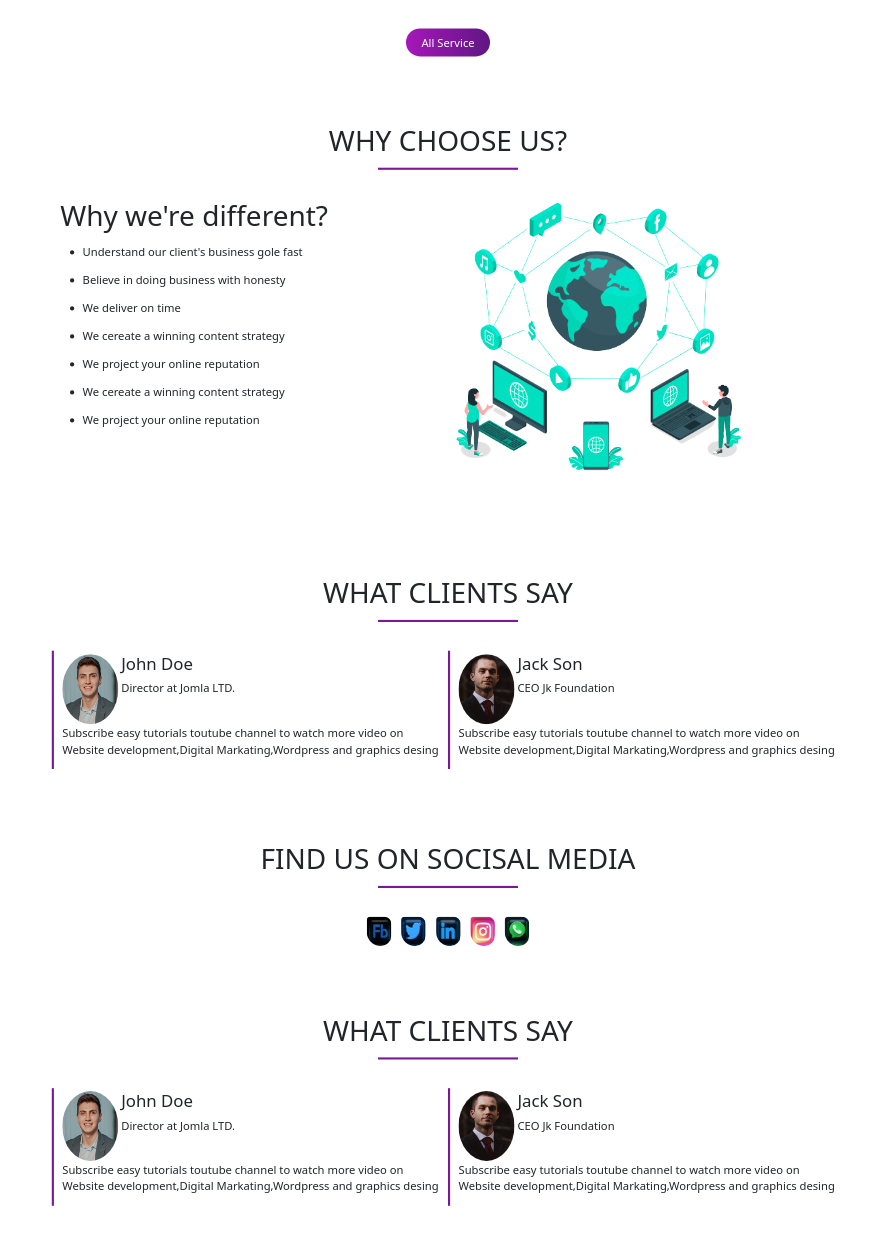
Repository: zjria/PSD-to-HTML-DIGITAL-AGENCY
Page: index.html
An editor plug-in stored every save of this project. The page is shown before and after the next save, followed by the edit.
The browser window is 1280 px wide. The pictures show the part of the page from y = 932 to 2852 px (the page is 2710 px tall before and 2852 px after), at 70% of full size.
Some web libraries are served in a nearby version.

Above is the page before, as saved 2022-05-11 22:44:56.

After the next save:
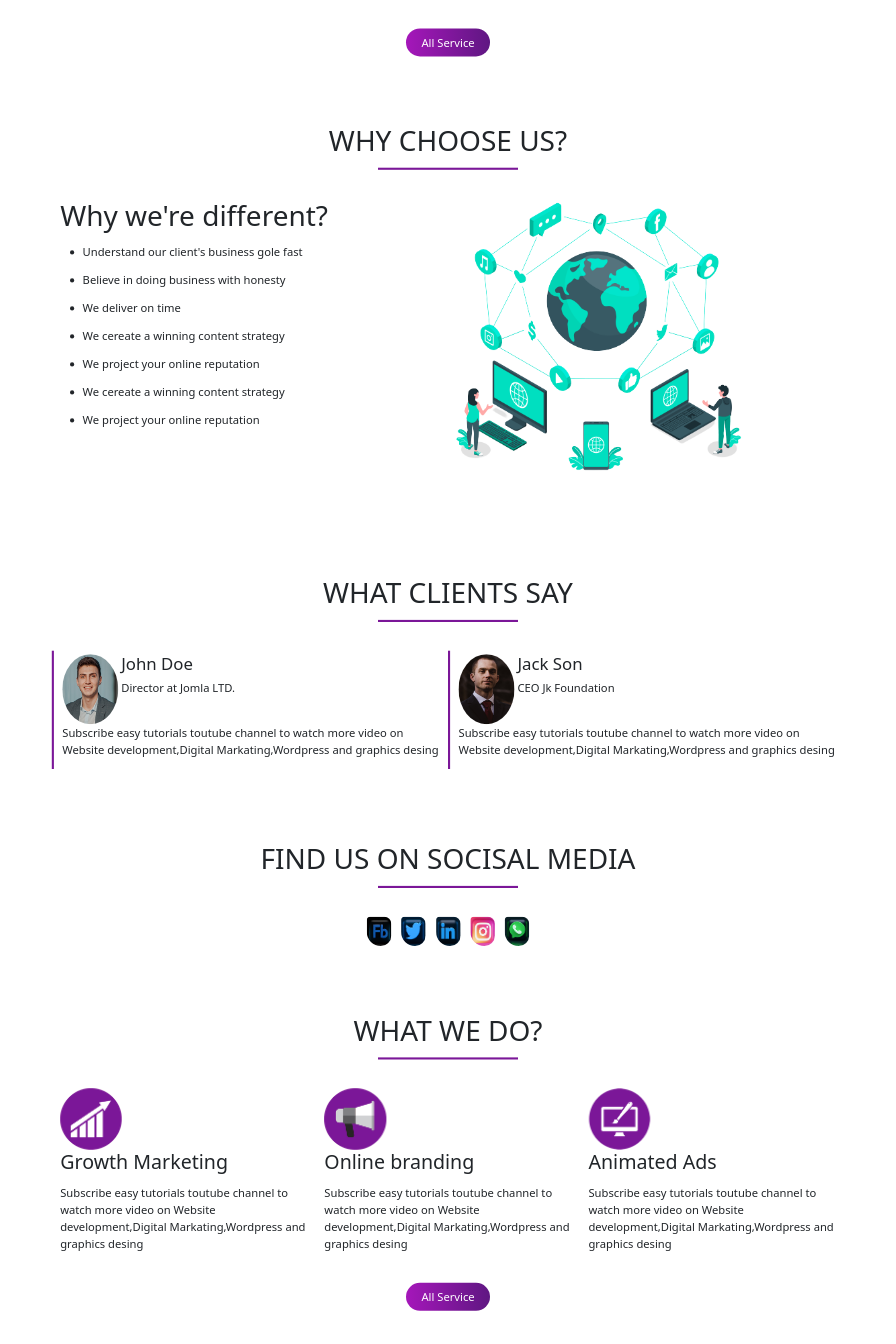
Saved 36 s later.
--- a/index.html
+++ b/index.html
@@ -176,29 +176,34 @@
     </section>
     <!-- Social Section End -->
     <!-- Footer Section Start -->
-    <section class="Testimonial-section">
-      <div class="container p-3 py-5">
-        <div class="row">
-          <h1 class="title">WHAT CLIENTS SAY</h1>
-        </div>
-        <div class="row mt-5 man-img">
-          <div class="col-12 col-md-6 mb-2 cline-div-style">
-            <img src="img/man-1.png" alt="" class="img-fluid">
-            <span class="d-inline-block mt-1">
-              <h4>John Doe</h4>
-              <p>Director at Jomla LTD.</p>
-            </span>
-            <p>
-              Subscribe easy tutorials toutube channel to watch more video on Website development,Digital Markating,Wordpress and graphics desing</p>
-          </div>
-          <div class="col-12 col-md-6 mb-2 cline-div-style">
-            <img src="img/man-2.png" alt="" class="img-fluid">
-            <span class="d-inline-block mt-1">
-              <h4>Jack Son</h4>
-              <p>CEO Jk Foundation</p>
-            </span>
-            <p>
-              Subscribe easy tutorials toutube channel to watch more video on Website development,Digital Markating,Wordpress and graphics desing</p>
+    <section class="service-section">
+      <div class="container p-3 py-5">
+        <div class="row">
+          <h1 class="title">WHAT WE DO?</h1>
+        </div>
+        <div class="row mt-5">
+          <div class="col-12 col-md-4 mb-2">
+            <img src="img/service1.png" alt="" class="img-fluid w-25">
+            <h3 class="mb-3">Growth Marketing</h3>
+            <p>
+              Subscribe easy tutorials toutube channel to watch more video on Website development,Digital Markating,Wordpress and graphics desing</p>
+          </div>
+          <div class="col-12 col-md-4 mb-2">
+            <img src="img/service2.png" alt="" class="img-fluid w-25">
+            <h3 class="mb-3">Online branding</h3>
+            <p>
+              Subscribe easy tutorials toutube channel to watch more video on Website development,Digital Markating,Wordpress and graphics desing</p>
+          </div>
+          <div class="col-12 col-md-4 mb-2">
+            <img src="img/service3.png" alt="" class="img-fluid w-25">
+            <h3 class="mb-3">Animated Ads</h3>
+            <p>
+              Subscribe easy tutorials toutube channel to watch more video on Website development,Digital Markating,Wordpress and graphics desing</p>
+          </div>
+        </div>
+        <div class="row">
+          <div class="com-12 text-center">
+            <button type="button" class="services-button btn">All Service</button>
           </div>
         </div>
       </div>
